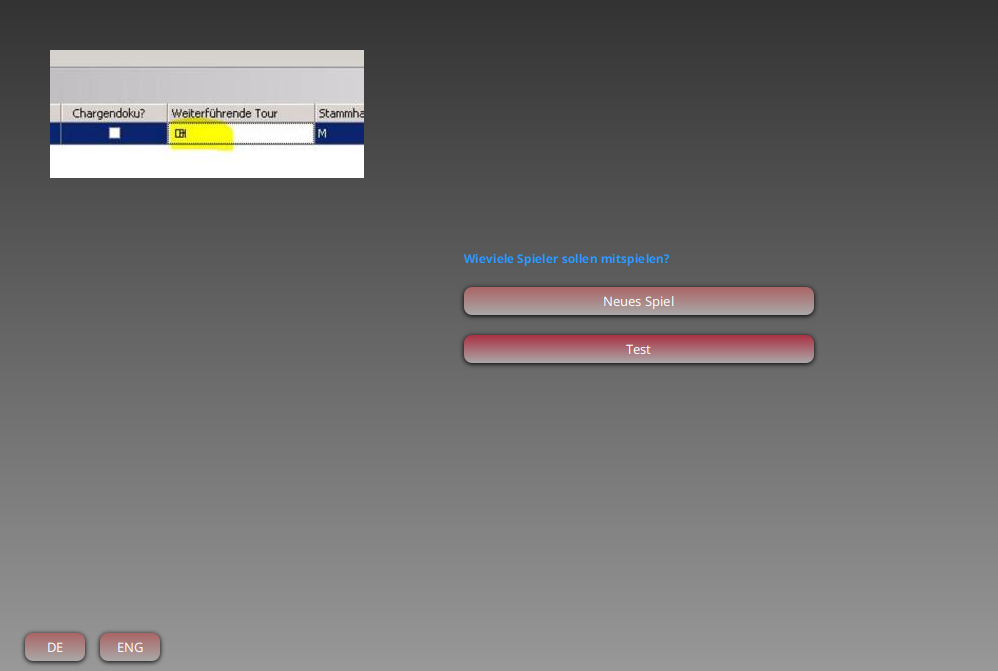
Repository: berger-designz/MenschAergereDichNicht
Program's window: java MenschAergereDichNicht/src/Game_GUI/GUI_Primary.java
An editor plug-in stored every save of this project. The program's window is shown before and after the next save, followed by the edit.
It runs on Java 21 on a 1366 x 768 screen with JavaFX 11; the title bar is not drawn. It also reads MenschAergereDichNicht/src/style/test_pic_1.jpg.

Above is the program's window before, as saved 2016-05-25 14:04:25.

After the next save:
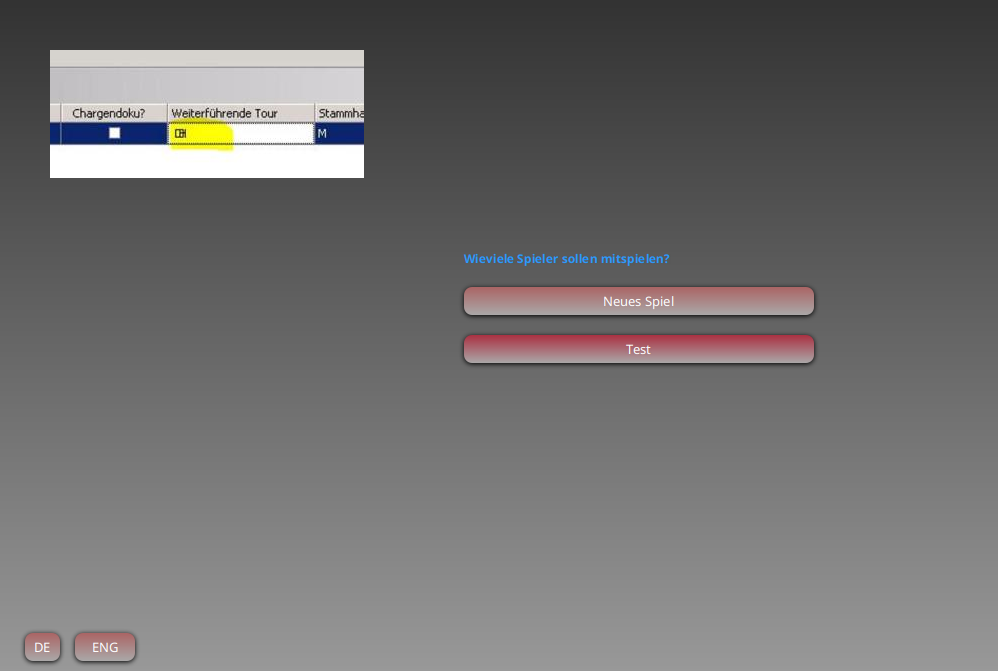
Saved 23 s later.
--- a/MenschAergereDichNicht/src/Game_GUI/GUI_Primary.java
+++ b/MenschAergereDichNicht/src/Game_GUI/GUI_Primary.java
@@ -87,7 +87,7 @@
 
 
 		HBox hbox_bottom = new HBox();
-		HBox.setHgrow(lang_de_Button, Priority.ALWAYS);
+		//HBox.setHgrow(lang_de_Button, Priority.ALWAYS);
 	    HBox.setHgrow(lang_en_Button, Priority.ALWAYS);
 	    lang_de_Button.setMaxWidth(60);
 	    lang_en_Button.setMaxWidth(60);
@@ -95,7 +95,6 @@
 		hbox_bottom.setSpacing(5);
 		hbox_bottom.setPadding(new Insets(10, 10, 10, 10));
 		hbox_bottom.setSpacing(15);
-		//hbox_bottom.setPrefWidth(40);
 
 		HBox hbox_left = new HBox();
 		hbox_left.getChildren().addAll(imgView1);

After the save that followed:
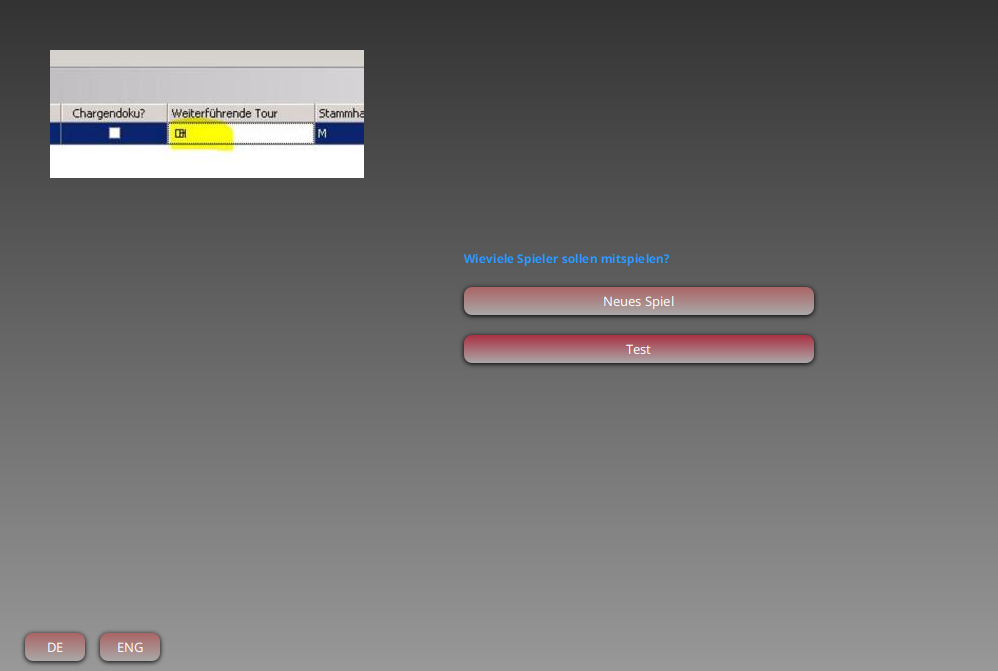
Saved 30 s later.
--- a/MenschAergereDichNicht/src/Game_GUI/GUI_Primary.java
+++ b/MenschAergereDichNicht/src/Game_GUI/GUI_Primary.java
@@ -87,7 +87,7 @@
 
 
 		HBox hbox_bottom = new HBox();
-		//HBox.setHgrow(lang_de_Button, Priority.ALWAYS);
+		HBox.setHgrow(lang_de_Button, Priority.ALWAYS);
 	    HBox.setHgrow(lang_en_Button, Priority.ALWAYS);
 	    lang_de_Button.setMaxWidth(60);
 	    lang_en_Button.setMaxWidth(60);
